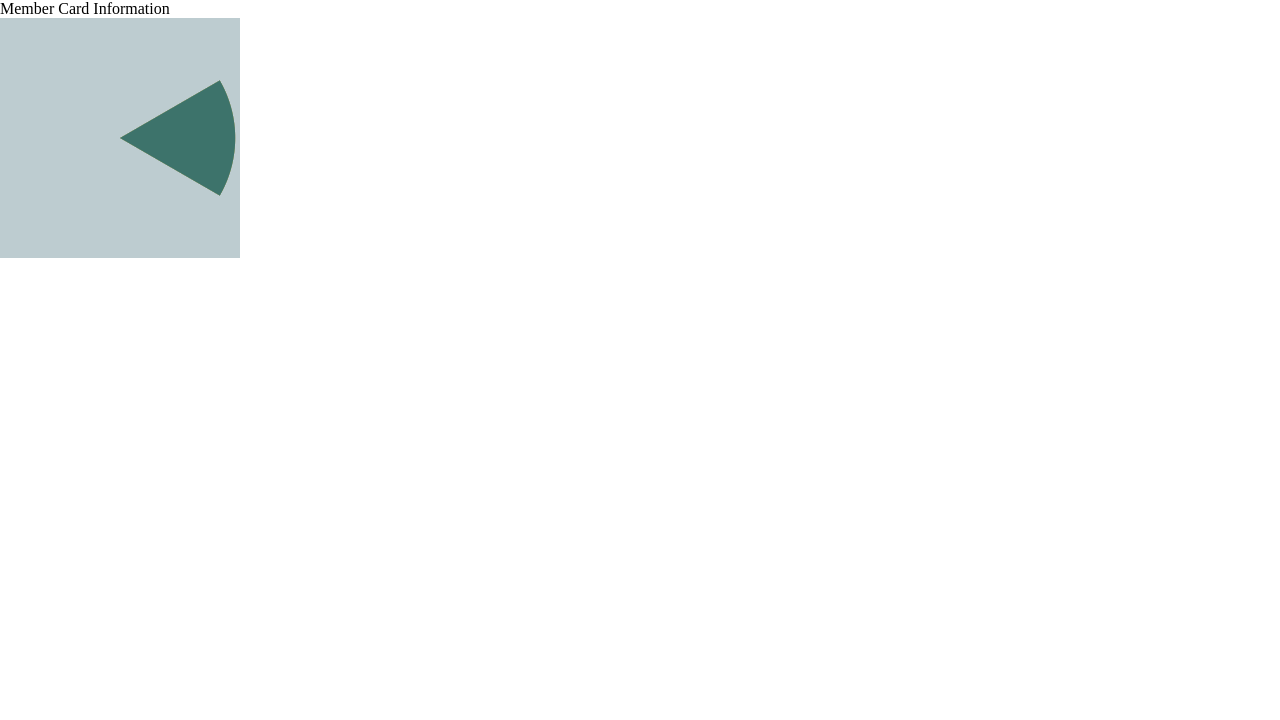
Repository: Leooook/lzhao-fed-test
Page: /
The author's editor kept a copy of each file at every save. The page is drawn from the files as they stood at one save, then again after the next save.
The browser window is 1280 px wide. The pictures show the whole page.
The page's requests for data from a server got no answer. The project was rebuilt for these pictures with package versions that can differ from the ones it lists, and the page was loaded fresh each time. No one was signed in, and anything a server would have sent is missing. Also part of the build but not shown: src/components/detail.jsx.

Above is the page before, as saved 2021-03-15 18:27:15.

### src/index.html
<!DOCTYPE html>
<html lang="en">
	<head>
		<meta charset="utf-8" />
		<meta http-equiv="X-UA-Compatible" content="IE=edge,chrome=1" />
		<title>Member Card Info</title>
		<meta name="description" content="" />
		<meta name="viewport" content="width=device-width, initial-scale=1.0, maximum-scale=1.0, user-scalable=no" />
	</head>
	<body>
		<div id="root" class="react-root"></div>
	</body>
</html>

### src/App.js
import React from 'react';

import './App.css'
import Header from './components/header.jsx'
import Feature from './components/feature.jsx'

export default function App() {
	return (
    <div className='app'>
      <Header />
      <Feature />
    </div>
  )
}

### src/App.css
* {
	margin: 0;
	padding: 0;
	box-sizing: border-box;
}
:root {
	--nav-black: rgba(14, 14, 14, 0.897);
	--white: rgb(255, 255, 255);
	--grey: rgb(189, 189, 189);
	--light-grey: rgb(209, 209, 209);
	--capitial: 'Franklin Gothic Medium', 'Arial Narrow', Arial, sans-serif;
}
.app {
	width: 100vw;
	min-height: 100vh;
}
/* header */

### src/components/header.jsx
import React, { Component } from 'react'

class Header extends Component {
	render() {
		return <section className="header">Member Card Information</section>
	}
}

export default Header

### src/components/feature.jsx
import React, { Component } from 'react'

import Loader from './loader.jsx'
import Detail from './detail.jsx'

class Feature extends Component {
	state = {
		dataSet: [],
		dataAmount: 6
	}

	fetchData = () => {
		fetch('https://randomuser.me/api/', {
			method: 'GET'
		})
			.then((response) => response.json())
			.then((data) => {
				let dataSet = this.state.dataSet
				dataSet.push(data.results[0])
				this.setState({ dataSet })
			})
			.catch((error) => {
				console.error('Error:', error)
			})
	}

	componentDidMount() {
		for (let i = 0; i < this.state.dataAmount; i++) {
			this.fetchData()
		}
	}

	render() {
		if (this.state.dataSet.length === 0 || this.state.dataSet.length % 6 !== 0) {
			return <Loader />
		} else {
			return (
				<section className="feature">
					{this.state.dataSet.map((each, key) => <Detail key={key} data={each} />)}
				</section>
			)
		}
	}
}

export default Feature

### src/components/loader.jsx
import React from 'react'

import loadPic from '../images/load.gif'

function Loader() {
	return (
		<section className="load">
			<img src={loadPic} className="loadPic" alt="load" />
		</section>
	)
}

export default Loader

Loaded but not shown: src/index.js (common file)

After the next save:
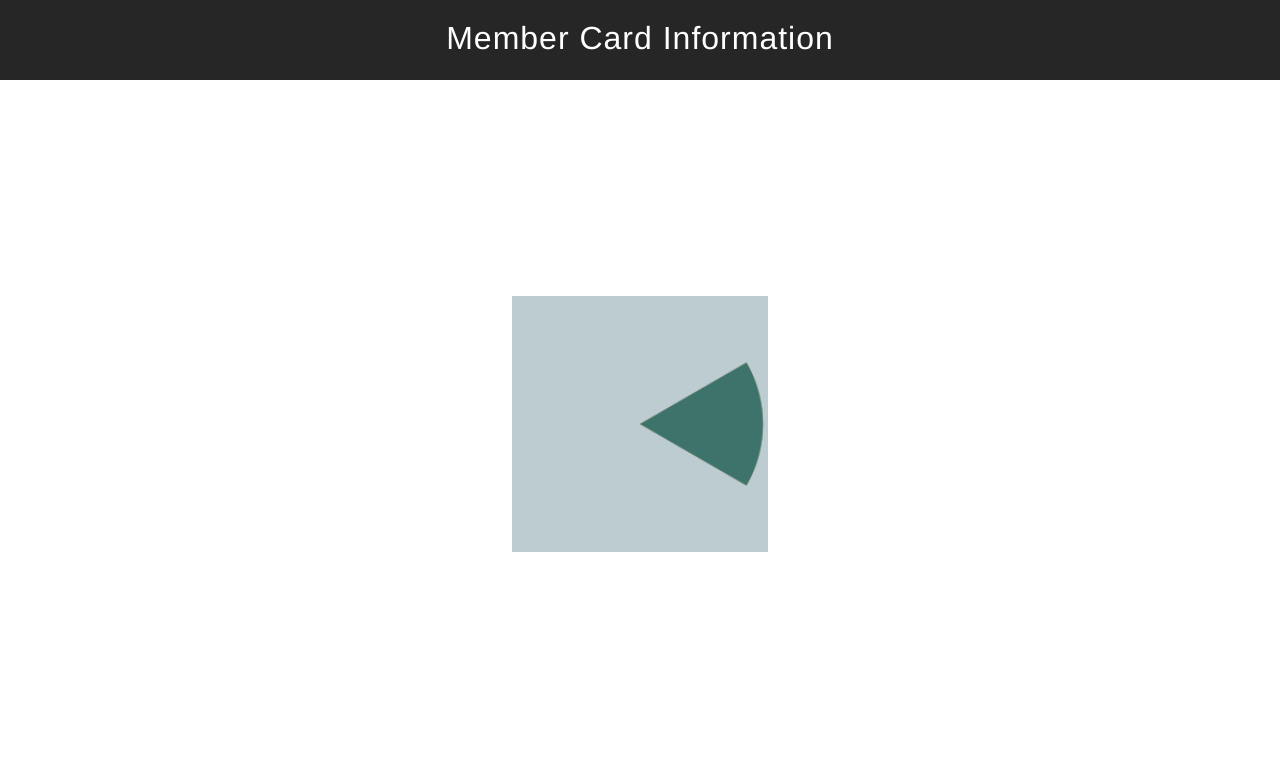
Saved 9 s later.
--- a/src/App.css
+++ b/src/App.css
@@ -15,3 +15,38 @@
 	min-height: 100vh;
 }
 /* header */
+.header {
+	background-color: var(--nav-black);
+	height: 80px;
+	padding: 20px;
+	font-size: 2rem;
+	font-family: var(--capitial);
+	text-align: center;
+	color: var(--white);
+	letter-spacing: 1px;
+}
+/* end of header */
+/* loader */
+.load {
+	width: 100%;
+}
+.loadPic {
+	width: 20%;
+	margin: 30vh 40%;
+}
+/* end of loader */
+/* feature */
+.feature {
+	padding: 60px 30px;
+	display: grid;
+	grid-template-columns: repeat(auto-fill, minmax(500px, 1fr));
+	grid-row-gap: 4rem;
+	grid-column-gap: 5rem;
+}
+/* end of feature */
+/* detail */
+.detail {
+	max-width: 80vw;
+	background: linear-gradient(to bottom, rgb(126, 126, 126) 0%, transparent 50%, rgb(126, 126, 126));
+}
+/* end of detail */
